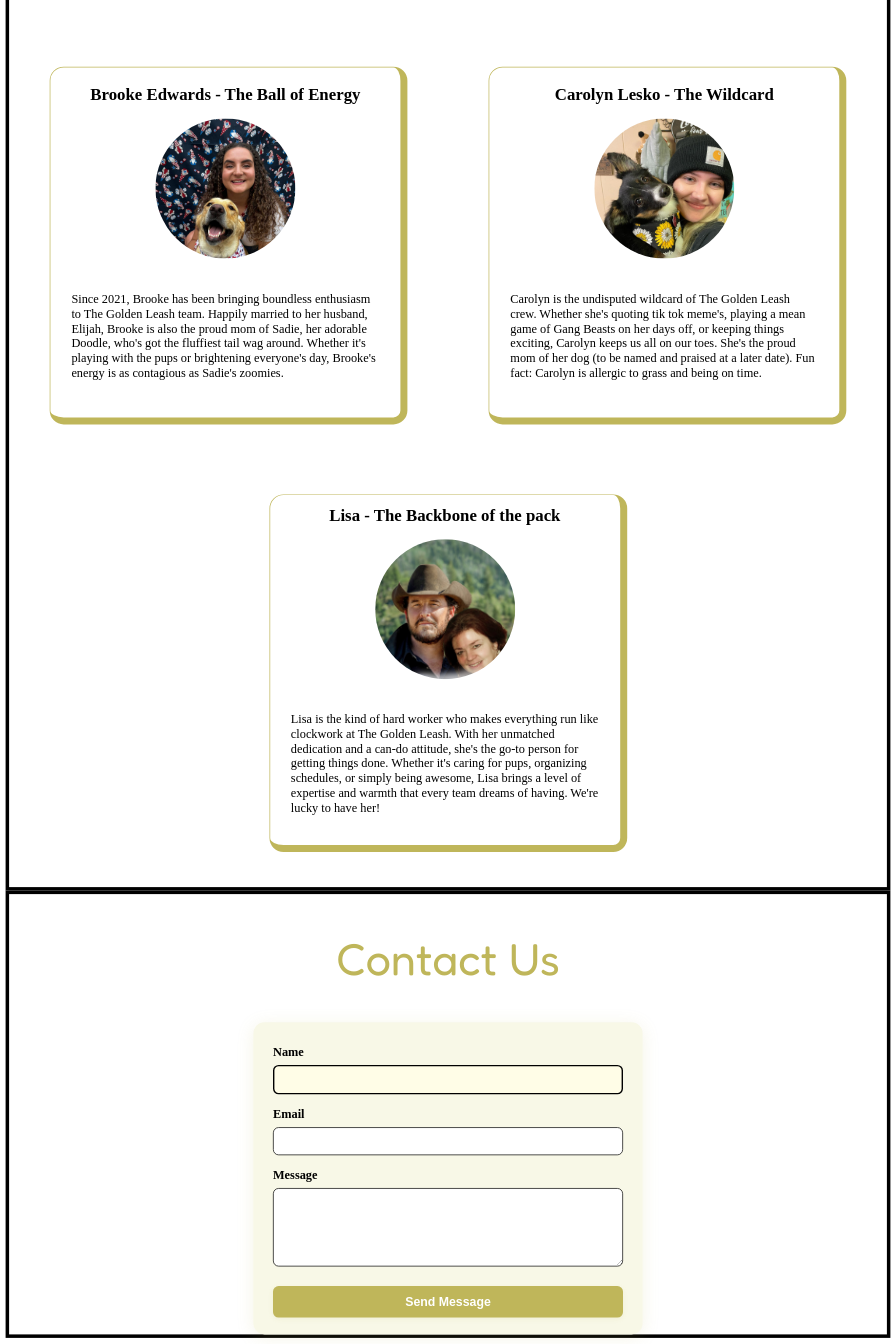
Repository: Aworminator/Thegoldenleash
Page: index.html
The author's editor kept a copy of each file at every save. The page is drawn from the files as they stood at one save, then again after the next save.
The browser window is 1280 px wide. The pictures show the part of the page from y = 2595 to 4515 px (the page is 4515 px tall), at 70% of full size.
The first visible `.contact-form input` has the focus.

Above is the page before, as saved 2025-06-26 16:38:15.

### index.html
<!DOCTYPE html>
<html lang="en">
  <head>
    <meta charset="UTF-8" />
    <meta name="viewport" content="width=device-width, initial-scale=1.0" />
    <title>The Golden Leash</title>
    <link
      rel="stylesheet"
      href="https://cdnjs.cloudflare.com/ajax/libs/font-awesome/6.5.0/css/all.min.css"
      integrity="sha512-..."
      crossorigin="anonymous"
      referrerpolicy="no-referrer"
    />
    <link rel="stylesheet" href="style.css" />
    <link rel="preconnect" href="https://fonts.googleapis.com" />
    <link rel="preconnect" href="https://fonts.gstatic.com" crossorigin />
    <link
      href="https://fonts.googleapis.com/css2?family=Fredoka:wght@300..700&display=swap"
      rel="stylesheet"
    />

    <!-- <h1>Welcome to the golden leash</h1> -->
  </head>
  <body>
    <section class="home-page">
      <div class="image-container">
        <div>
          <img src="./Images/GoldenLeashLogo No Nose.png" class="logo" />
        </div>

        <ul class="list">
          <li class="story">Our Story</li>
          <li>Services</li>
          <li>Contact Us</li>
        </ul>
      </div>
    </section>

    <section class="our-story">
      <h1>Our Story</h1>
      <p class="story-info">
        Lorem ipsum odor amet, consectetuer adipiscing elit. Aenean quis
        bibendum condimentum mauris primis integer sollicitudin porttitor.
        Blandit condimentum aptent condimentum orci rhoncus pellentesque euismod
        a. Varius imperdiet fermentum aptent mollis sem eu. Mattis ante pharetra
        quisque nam odio nascetur per. Vitae pellentesque massa facilisi
        maecenas ligula felis. Tristique pulvinar iaculis inceptos lectus elit
        fusce. <br /><br />
        Nisl erat purus sem imperdiet varius erat taciti cursus. Leo ante lectus
        potenti lacus viverra senectus commodo fringilla. Imperdiet est
        parturient ornare imperdiet tempor vulputate. Parturient porttitor
        quisque platea turpis vel porta. Torquent feugiat curabitur posuere
        hendrerit ipsum eros vel erat. Aenean netus proin arcu taciti nec
        efficitur ullamcorper.
      </p>
    </section>

    <section class="services">
      <h1>Services</h1>
      <div class="icon-container">
        <i class="fa-solid fa-house" id="icon"></i>
        <i class="fa-solid fa-dog" id="icon"></i>
        <i class="fa-solid fa-paw" id="icon"></i>
        <i class="fa-solid fa-bath" id="icon"></i>
      </div>
      <h1>Click for Info</h1>
      <p class="service-info">
        At The Golden Leash, we bring personalized care directly to you! Our
        team will stop by to check on your dog and take them for a walk tailored
        to their needs. Each walk typically lasts around 45 minutes, giving your
        pup plenty of exercise and attention. <br /><br />
        Your dog's safety and well-being are our top priorities. That’s why we
        monitor the weather closely, ensuring your furry friend isn’t exposed to
        unsafe conditions. We avoid walks in temperatures below 28°F, and during
        extreme heat, we’ll adjust walk times to protect your dog’s paws from
        hot sidewalks. Because your dog deserves the very best care—rain, shine,
        or snow!
      </p>
    </section>

    <section class="staff">
      <h1>Meet The Staff!</h1>
      <div id="staff-cards"></div>
    </section>

    <section class="contact">
      <h1>Contact Us</h1>
      <form class="contact-form">
        <div class="form-group">
          <label for="name">Name</label>
          <input type="text" id="name" name="name" required />
        </div>
        <div class="form-group">
          <label for="email">Email</label>
          <input type="email" id="email" name="email" required />
        </div>
        <div class="form-group">
          <label for="message">Message</label>
          <textarea id="message" name="message" rows="5" required></textarea>
        </div>
        <button type="submit" class="contact-btn">Send Message</button>
      </form>
    </section>
    <script src="script.js"></script>
  </body>
</html>

### style.css
h1 {
  font-family: "Fredoka", serif;
  font-optical-sizing: auto;
  font-weight: 400; /* Replace <weight> with a valid value */
  font-style: normal;
  color: #bfb65a;
  font-variation-settings: "wdth" 100;
  text-align: center;
  font-size: 4em;
}

.image-container {
  display: flex;
  flex-direction: row;
  justify-content: space-around;
}

.home-page {
  border: black solid 5px;
  min-height: 50vh;
}

.services,
.staff,
.contact,
.our-story {
  border: black solid 5px;
  min-height: 600px;
}

.logo {
  height: 600px;
  width: auto;
}

.list {
  font-size: 3em;
  padding: 50px;
}

li {
  margin-bottom: 80px;
}

.icon-container {
  display: flex;
  justify-content: center;
}

#icon {
  background-color: #bfb65a;
  height: 100px;
  width: 100px;
  border-radius: 50%;
  display: flex;
  justify-content: center;
  align-items: center;
  font-size: 2em;
  margin: 30px;
}

#icon:hover {
  transform: scale(1.1);
  transition: transform 0.2s;
}

#icon:active {
  transform: scale(0.9);
  transition: transform 0.2s;
}

.service-info,
.story-info {
  text-align: center;
  font-size: 1.5rem;
  margin: 100px;
}

.service-info {
  display: none;
  background-color: rgb(182, 182, 182);
  border-radius: 10px;
  padding: 5px;
  animation: slide-fwd-tr 1.3s cubic-bezier(0.25, 0.46, 0.45, 0.94) both;
}

.card {
  height: 500px;
  width: 500px;
  border: none;
  border-bottom: 10px solid #bfb65a;
  border-right: 10px solid #bfb65a;
  border-top: 1px solid #bfb65a;
  border-left: 1px solid #bfb65a;
  border-radius: 20px;
  display: flex;
  flex-direction: column;
  justify-content: center;
  align-items: center;
  margin: 50px;
}

.profile-pic {
  height: 200px;
  border-radius: 50%;
  object-fit: cover;
  object-position: top;
  width: 200px;
}

.profile-pic:hover {
  transform: scale(1.15);
  transition: transform 0.2s;
}

#staff-cards {
  display: flex;
  flex-direction: row;
  flex-wrap: wrap;
  align-items: center;
  justify-content: space-around;
}

.staff-info {
  padding: 30px;
  font-size: 1.1em;
}

@keyframes slide-fwd-tr {
  0% {
    opacity: 0%;
    transform: translateZ(180px) translateY(120px) translateX(-120px);
  }
  100% {
    opacity: 100%;
    transform: translateZ(0px) translateY(0px) translateX(0px);
  }
}

@media (max-width: 900px) {
  .image-container {
    flex-direction: column;
    align-items: center;
  }
}

/* Contact Form Styles */
.contact-form {
  max-width: 500px;
  margin: 40px auto 0 auto;
  background: #f8f8e7;
  border-radius: 16px;
  box-shadow: 0 4px 24px rgba(191, 182, 90, 0.15);
  padding: 32px 28px 24px 28px;
  display: flex;
  flex-direction: column;
  gap: 18px;
}
.form-group {
  display: flex;
  flex-direction: column;
  gap: 6px;
}
.contact-form label {
  font-size: 1.1em;
  color: black;
  font-weight: 600;
  margin-bottom: 2px;
}
.contact-form input,
.contact-form textarea {
  padding: 10px 12px;
  border: 1.5px solid black;
  border-radius: 8px;
  font-size: 1em;
  font-family: inherit;
  transition: border 0.2s;
}
.contact-form input:focus,
.contact-form textarea:focus {
  outline: none;
  border: 2px solid black;
  background: #fffde7;
}
.contact-btn {
  background: #bfb65a;
  color: #fff;
  border: none;
  border-radius: 8px;
  padding: 12px 0;
  font-size: 1.1em;
  font-weight: 700;
  cursor: pointer;
  margin-top: 10px;
  box-shadow: 0 2px 8px rgba(191, 182, 90, 0.12);
  transition: background 0.2s, transform 0.2s;
}
.contact-btn:hover {
  background: #a49e4a;
  transform: translateY(-2px) scale(1.03);
}
@media (max-width: 600px) {
  .contact-form {
    padding: 18px 8px 14px 8px;
    max-width: 95vw;
  }
}

### script.js
const staffMembers = [
  {
    name: "Alicia Stamper",
    title: "The top dog",
    image: "./Images/Staff Pictures/Alicia TGL Picture.jpg",
    info: "Alicia has been running The Golden Leash for over six years, and when she's not busy caring for your pups, she's baking up gourmet treats in her own doggy bakery. As the proud mom of Luke (her Hyena-like furball) and Clover (her lovable Black Lab), Alicia knows her way around a tail wag or two. When she's not running the show, you'll find her savoring a hot cup of tea, surrounded by friends and family, and enjoying a well-deserved Saturday chill session.",
  },
  {
    name: "Toni Garnica",
    title: "The partner in paws",
    image: "./Images/Staff Pictures/Toni TGL Picture.jpg",
    info: "Toni joined forces with Alicia in 2020 to make The Golden Leash the bark-tastic business it is today. She's happily married to Alec Garnica, her husband and fellow adventurer, and together they parents of : Obi (their devoted German Shepherd) and their mischievous feline sons, Po (Tuxedo Cat) and Hopper (Black Cat). Toni's all about loving her people, exploring her creative passions, and walking through life with God by her side—usually with Obi in tow.",
  },
  {
    name: "Brooke Edwards",
    title: "The Ball of Energy",
    image: "./Images/Staff Pictures/Brooke TGL Picture.jpg",
    info: "Since 2021, Brooke has been bringing boundless enthusiasm to The Golden Leash team. Happily married to her husband, Elijah, Brooke is also the proud mom of Sadie, her adorable Doodle, who's got the fluffiest tail wag around. Whether it's playing with the pups or brightening everyone's day, Brooke's energy is as contagious as Sadie's zoomies.",
  },
  {
    name: "Carolyn Lesko",
    title: "The Wildcard",
    image: "./Images/Staff Pictures/Carolyn TGL Picture.jpg",
    info: "Carolyn is the undisputed wildcard of The Golden Leash crew. Whether she's quoting tik tok meme's, playing a mean game of Gang Beasts on her days off, or keeping things exciting, Carolyn keeps us all on our toes. She's the proud mom of her dog (to be named and praised at a later date). Fun fact: Carolyn is allergic to grass and being on time.",
  },
  {
    name: "Lisa",
    title: "The Backbone of the pack",
    image: "./Images/Staff Pictures/Lisa and rip Van Winkle.png",
    info: "Lisa is the kind of hard worker who makes everything run like clockwork at The Golden Leash. With her unmatched dedication and a can-do attitude, she's the go-to person for getting things done. Whether it's caring for pups, organizing schedules, or simply being awesome, Lisa brings a level of expertise and warmth that every team dreams of having. We're lucky to have her!",
  },
];

const house = document.querySelector(".fa-house");
const serviceInfo = document.querySelector(".service-info");
const service = document.querySelector(".services");
const staffCards = document.querySelector("#staff-cards");

house.addEventListener("click", () => {
  serviceInfo.style.display = "block";
  serviceInfo.scrollIntoView({ behavior: "smooth" });
});

staffMembers.forEach((person) => {
  const newCard = document.createElement("div");
  newCard.classList.add("card");
  newCard.innerHTML = `<h2>${person.name} - ${person.title}</h2>
          <img
            src="${person.image}"
            alt="${person.name} Profile-Pic"
            class="profile-pic"
          />
          <p class="staff-info">
            ${person.info}
          </p>`;
  staffCards.appendChild(newCard);
});

After the next save:
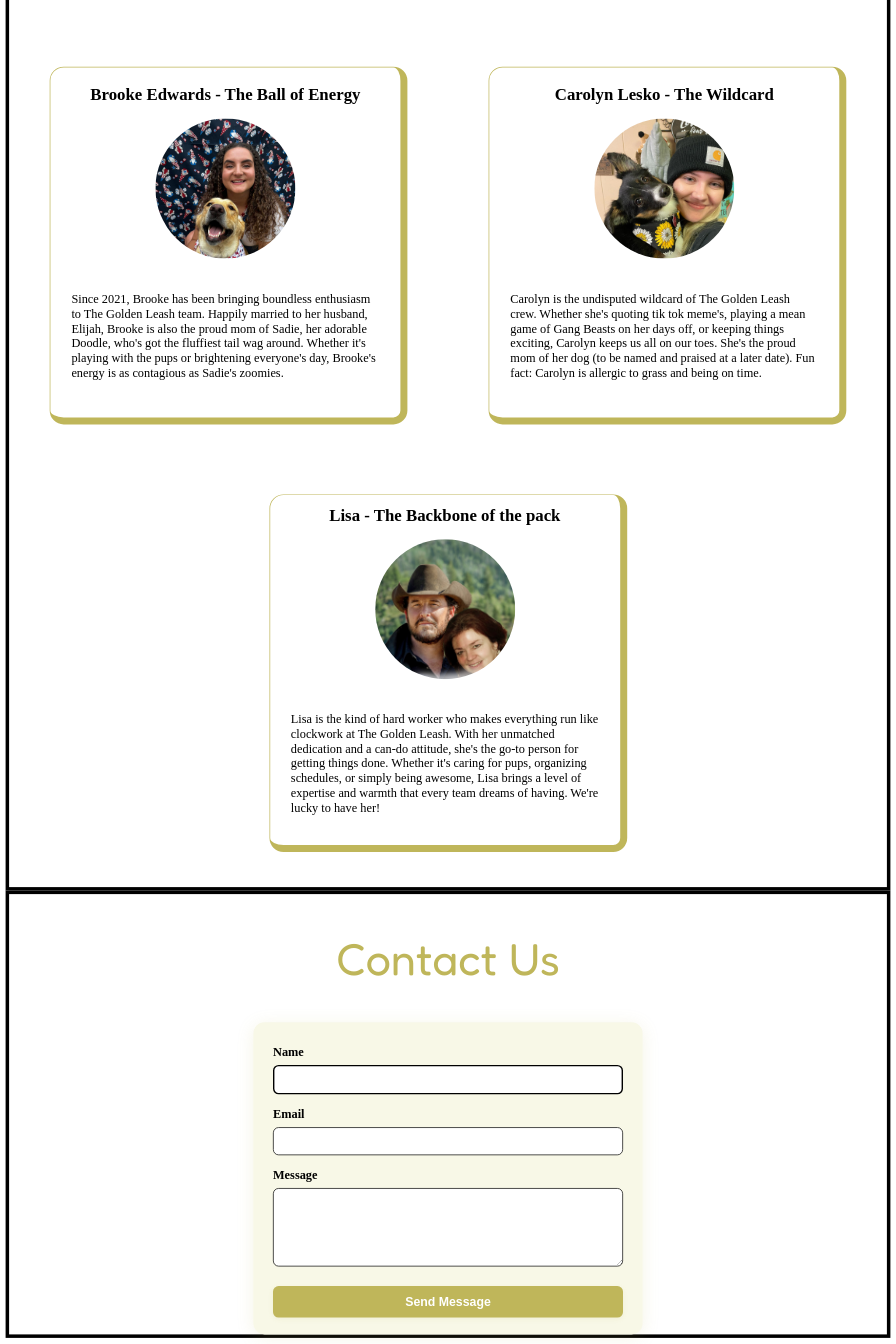
Saved 15 s later.
--- a/style.css
+++ b/style.css
@@ -180,7 +180,6 @@ li {
 .contact-form textarea:focus {
   outline: none;
   border: 2px solid black;
-  background: #fffde7;
 }
 .contact-btn {
   background: #bfb65a;
